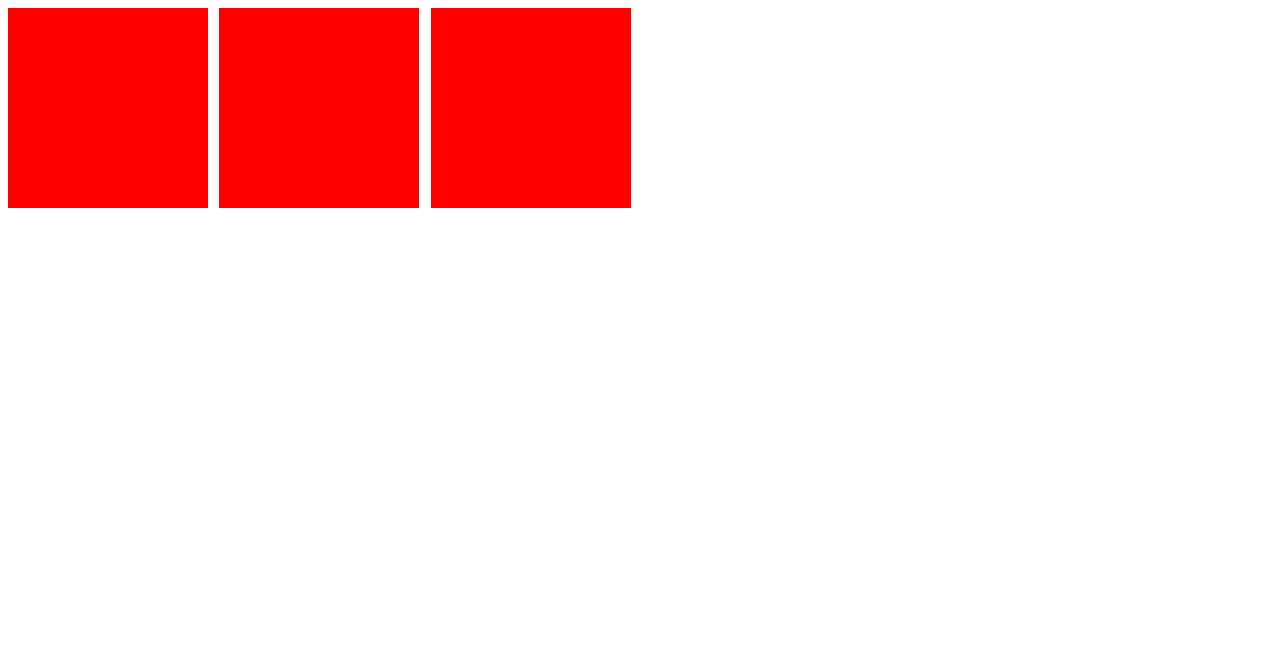
Repository: wonjunknag/kakao-clone
Page: 05-flex/index.html
An editor plug-in stored every save of this project. The page is shown before and after the next save, followed by the edit.
The browser window is 1280 px wide. The pictures show the whole page.

Above is the page before, as saved 2020-07-05 07:27:12.

After the next save:
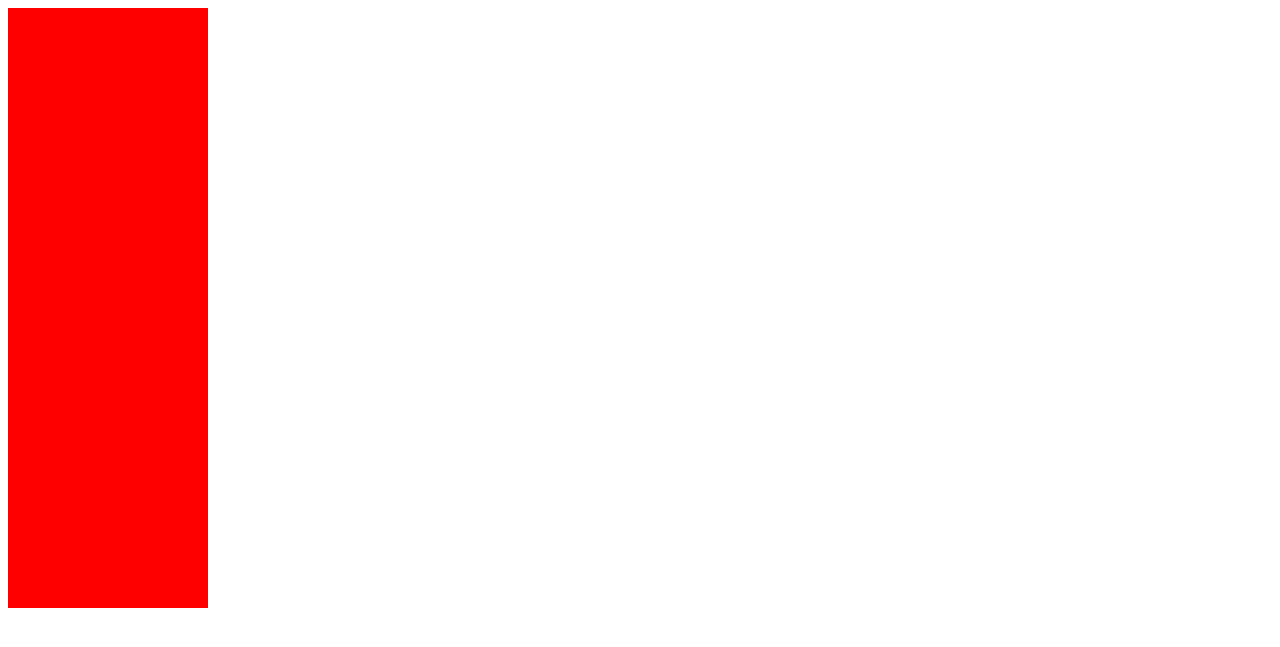
Saved 21 s later.
--- a/05-flex/index.html
+++ b/05-flex/index.html
@@ -6,11 +6,13 @@
     <meta http-equiv="X-UA-Compatible" content="ie=edge" />
     <title>Flex</title>
     <style>
+      .father {
+        display: inline-block;
+      }
       .box {
         width: 200px;
         height: 200px;
         background-color: red;
-        display: inline-block;
         margin-right: 7.3px;
       }
     </style>

After the save that followed:
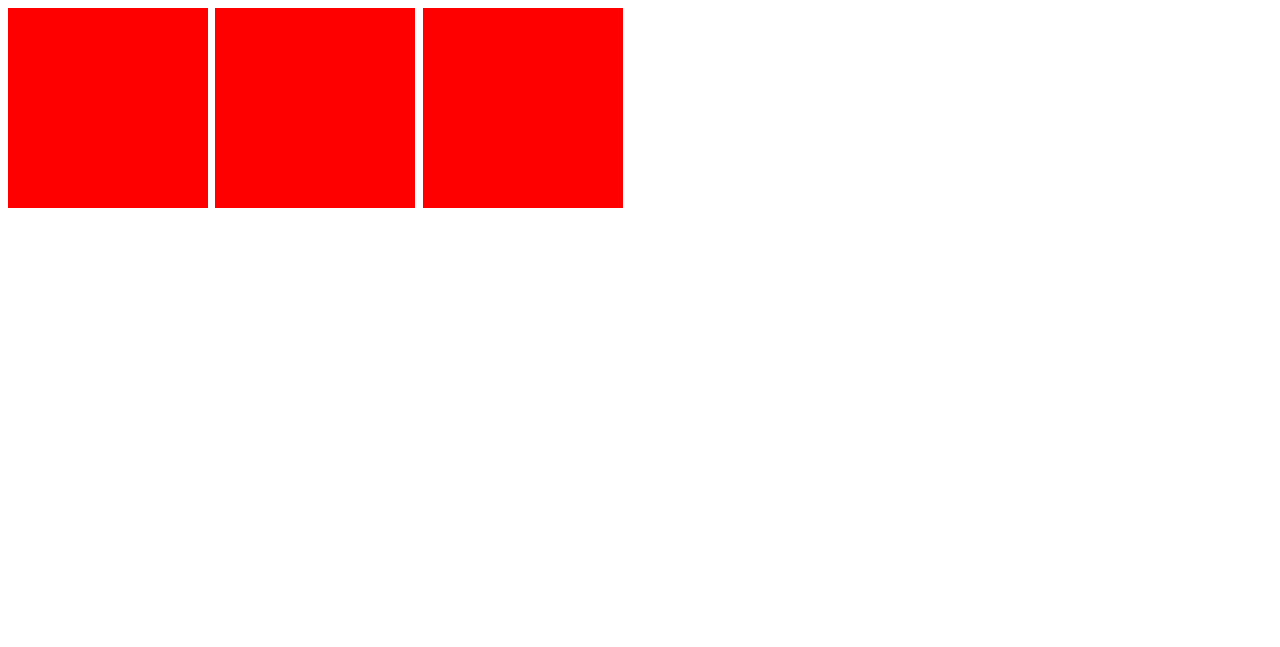
Saved 23 s later.
--- a/05-flex/index.html
+++ b/05-flex/index.html
@@ -7,7 +7,7 @@
     <title>Flex</title>
     <style>
       .father {
-        display: inline-block;
+        display: flex;
       }
       .box {
         width: 200px;
